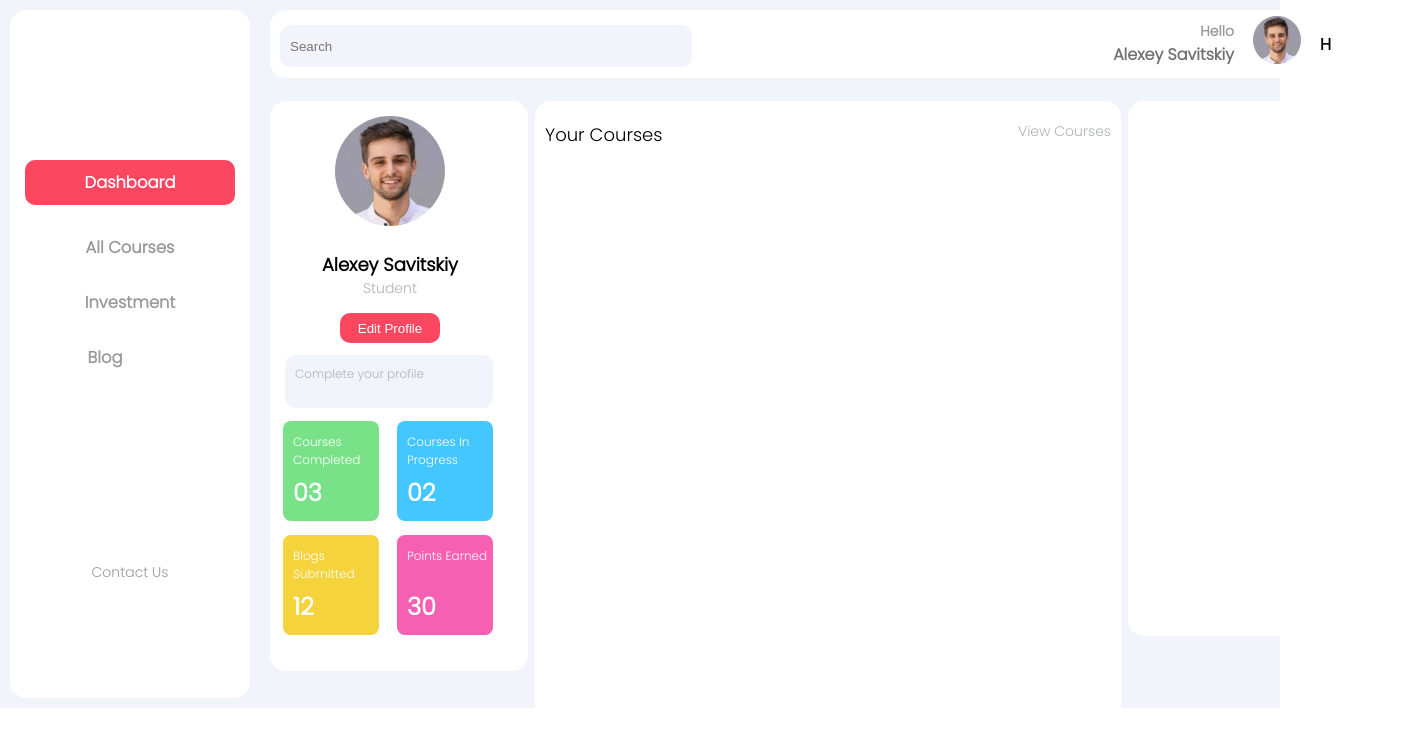
Repository: Anuruddha00/dashboard-design
Page: /
These files come from the project's save history. The page is drawn as it stood at one moment and after the next save; the edit follows.
The browser window is 1280 px wide. The page is 1421 px wide, so the pictures cover 1421 px, including what lies to the right of the window. The pictures show the whole page.
The project was rebuilt for these pictures with package versions that can differ from the ones it lists, and the page was loaded fresh each time.

Above is the page before, as saved 2021-05-07 19:21:16.

### public/index.html
<!DOCTYPE html>
<html lang="en">
  <head>
    <meta charset="utf-8" />
    <link rel="icon" href="%PUBLIC_URL%/favicon.ico" />
    <meta name="viewport" content="width=device-width, initial-scale=1" />
    <meta name="theme-color" content="#000000" />
    <meta
      name="description"
      content="Web site created using create-react-app"
    />
    <link rel="apple-touch-icon" href="%PUBLIC_URL%/logo192.png" />

    <link rel="preconnect" href="https://fonts.gstatic.com">
    <link href="https://fonts.googleapis.com/css2?family=Poppins:wght@300&display=swap" rel="stylesheet">

    <!--
      manifest.json provides metadata used when your web app is installed on a
      user's mobile device or desktop. See https://developers.google.com/web/fundamentals/web-app-manifest/
    -->
    <link rel="manifest" href="%PUBLIC_URL%/manifest.json" />
    <!--
      Notice the use of %PUBLIC_URL% in the tags above.
      It will be replaced with the URL of the `public` folder during the build.
      Only files inside the `public` folder can be referenced from the HTML.

      Unlike "/favicon.ico" or "favicon.ico", "%PUBLIC_URL%/favicon.ico" will
      work correctly both with client-side routing and a non-root public URL.
      Learn how to configure a non-root public URL by running `npm run build`.
    -->
    <title>React App</title>
  </head>
  <body>
    <noscript>You need to enable JavaScript to run this app.</noscript>
    <div id="root"></div>
    <!--
      This HTML file is a template.
      If you open it directly in the browser, you will see an empty page.

      You can add webfonts, meta tags, or analytics to this file.
      The build step will place the bundled scripts into the <body> tag.

      To begin the development, run `npm start` or `yarn start`.
      To create a production bundle, use `npm run build` or `yarn build`.
    -->
  </body>
</html>

### src/index.js
import React from 'react';
import ReactDOM from 'react-dom';
import Dashboard from './containers/Dashboard/Dashboard';
import reportWebVitals from './reportWebVitals';

ReactDOM.render(
  <React.StrictMode>
    <Dashboard />
  </React.StrictMode>,
  document.getElementById('root')
);

// If you want to start measuring performance in your app, pass a function
// to log results (for example: reportWebVitals(console.log))
// or send to an analytics endpoint. Learn more: https://bit.ly/CRA-vitals
reportWebVitals();

### src/containers/Dashboard/Dashboard.js
import React from 'react';
import './Dashboard.scss';

const dashboard = () =>{

    return(
        <div className='container'>
            <div className='dashboard'>
                <div className='dashboardSideBar'>
                   <div className='dashboardSideBarTitle'>
                        <h3 className='dashboardSideBarTitleDashboard'>Dashboard</h3>
                        <h3 className='dashboardSideBarTitleCourses'>All Courses</h3>
                        <h3 className='dashboardSideBarTitleInvestment'>Investment</h3>
                        <h3 className='dashboardSideBarTitleBlog'>Blog</h3>
                   </div>
                   <div className='dashboardSideBarContact'>
                        <p>Contact Us</p>
                   </div>
                </div>
                <div className='dashboardMenu'>
                    <section className='content'>
                        <nav className='contentNavbar'>
                            <div className='contentNavbarSearch'>
                                <form>
                                    <input type='text' placeholder='Search'/>
                                </form>
                            </div>
                            <div className='contentNavbarProfile'>
                                <div className='contentNavbarProfileName'>
                                    <h3>Hello</h3>
                                    <h2>Alexey Savitskiy</h2>
                                </div>
                                <img src='./assets/Image 9.png'/>
                                <h1>H</h1>
                            </div>
                        </nav>

                        <div className='contentBody'>
                            <section className='details'>
                                <div className='detailsAbout'>
                                    <div className='detailsAboutProfile'>
                                        <img src='./assets/Image 12.png'/>
                                        <h3>Alexey Savitskiy</h3>
                                        <p>Student</p>
                                        <button>Edit Profile</button>
                                    </div>
                                    <div className='detailsAboutComplete'>
                                        <p>Complete your profile</p>
                                    </div>
                                    <div className='detailsAboutProgress'>
                                        <div className='detailsAboutProgressCompleted'>
                                            <p>Courses Completed</p>
                                            <h1>03</h1>
                                        </div>
                                        <div className='detailsAboutProgressContinue'>
                                            <p>Courses In Progress</p>
                                            <h1>02</h1>
                                        </div>
                                        <div className='detailsAboutProgressBlogs'>
                                            <p>Blogs Submitted</p>
                                            <h1>12</h1>
                                        </div>
                                        <div className='detailsAboutProgressPoints'>
                                            <p>Points Earned</p>
                                            <h1>30</h1>
                                        </div>
                                    </div>
                                </div>
                            </section>

                            <section className='view'>
                                <section className='courses'>
                                    <nav className='coursesNavbar'>
                                      <li className='coursesNavbarTitle'>Your Courses</li>
                                      <li className='coursesNavbarView'>View Courses</li>
                                    </nav>
                                    <div className='courses'>
                                        <div>
                                            <div>
                                                <img/>
                                            </div>
                                            <div>
                                                <h2></h2>
                                            </div>
                                        </div>
                                        <div>

                                        </div>
                                    </div>
                                </section>
                                <section className='blog'>

                                </section>
                            </section>

                            <section className='notification'>
                                <div className='notificationBar'>

                                </div>
                            </section>
                        </div>
                   </section>
                </div>
            </div>
        </div>
    )

}
export default dashboard;

### src/containers/Dashboard/Dashboard.scss

body{
    margin: 0;
    padding: 0;
    font-size: 0.875rem;
    font-family: 'Poppins', sans-serif;

}

.container{
    background: #f1f5fb;
    height: 100%;
    width: 100%;

    .dashboard{
        display: grid;
        grid-template-columns: 1fr 1fr;

        &SideBar{
            grid-column: 1;
            grid-row: 1 / 6;
            border-radius: 16px;
            background: #ffffff;
            margin: 10px;
            height: 688px;
            width: 240px;

            &Title{
                margin-top: 150px;
                font-size: 14px;

                &Dashboard{
                    background:#fc4760;
                    border-radius: 10px;
                    text-align: center;
                    padding: 10px 10px 10px 10px;
                    margin: 10px 15px 10px 15px;
                    color: #ffffff;

                }
                &Courses{
                    text-align: center;
                    margin-top: 30px;
                    color: #9a9999;
                }
                &Investment{
                    text-align: center;
                    margin-top: 30px;
                    color: #9a9999;
                }
                &Blog{
                    text-align: center;
                    margin-top: 30px;
                    margin-right: 50px;
                    color: #9a9999;
                }
            }
            &Contact{
                margin-top: 80%;

                p{
                    text-align: center;
                    color: #9a9999;
                    font-size: 14px;
                }

            }
        }
        &Menu{
            grid-column: 2;
            grid-row: 1 / 6;
            margin: 10px;

            .content{
                display: grid;
                grid-template-rows:1fr 7fr ;
                gap:10px;

                &Navbar{
                    display: flex;
                    justify-content: space-between;
                    background: #ffffff;
                    border-radius: 16px;
                    height: 68px;
                    width: 1151px;

                    &Search{

                        input{
                            background: #f1f5fb;
                            border-style: none;
                            padding-left: 10px;
                            width: 400px;
                            height: 40px;
                            margin: 15px 0 0 10px;
                            border-radius: 10px;

                        }
                    }
                    &Profile{
                        display: flex;
                        flex-direction: row;
                        gap: 1em;
                        margin-right: 90px;
                        align-items: center;
                        height: 68px;

                        &Name{
                            text-align: end;
                            margin-top: 0;

                            h3{
                                color: #9a9999;
                                margin: 0;
                                font-size: 14px;
                            }
                            h2{
                                margin: 0;
                                font-size: 16px;
                                color: #707070;
                            }
                        }
                    }
                }
                &Body{
                    display: grid;
                    grid-template-columns: 1fr 1fr 1fr;
                    position: relative;

                    .details{
                        border-radius: 16px;
                        background: #ffffff;


                        &About{
                            height:555px;
                            width: 240px;

                            &Profile{
                                text-align: center;
                                margin-top: 15px;


                                h3{
                                    font-size: 18px;
                                    margin: 0;
                                }
                                p{
                                    color: #b0b2b5;
                                    margin-top: 0;
                                }
                                button{
                                    border-style: none;
                                    border-radius: 10px;
                                    width: 100px;
                                    height: 30px;
                                    color: #ffffff;
                                    background: #fc4760;

                                }
                            }
                            &Complete{
                                background: #f1f5fb;
                                border-radius: 10px;
                                color: #b0b2b5;
                                height: 53px;
                                width: 208px;
                                font-size: 12px;
                                margin-left: 15px;

                                p{
                                    padding-left: 10px;
                                    padding-top: 10px;
                                }
                            }
                            &Progress{
                                display: grid;
                                grid-template-columns: 1fr 1fr;
                                margin: 13px;
                                gap: 1em;
                                color: #ffffff;

                                p{
                                    font-size: 12px;
                                    padding-left: 10px;
                                }


                                &Completed{
                                    background: #79e289;
                                    border-radius: 8px;
                                    width: 96px;
                                    height: 100px;
                                    position: relative;

                                    h1{
                                        font-size: 24px;
                                        position: absolute;
                                        left: 10px;
                                        top: 30px;
                                    }

                                }
                                &Continue{
                                    background:  #44c6ff;
                                    border-radius: 8px;
                                    width: 96px;
                                    height: 100px;
                                    position: relative;

                                    h1{
                                        font-size: 24px;
                                        position: absolute;
                                        left: 10px;
                                        top: 30px;
                                    }

                                }
                                &Blogs{
                                    background:  #f4d33d;
                                    border-radius: 8px;
                                    width: 96px;
                                    height: 100px;
                                    position: relative;

                                    h1{
                                        font-size: 24px;
                                        position: absolute;
                                        left: 10px;
                                        top: 30px;
                                    }
                                }
                                &Points{
                                    background: #f560b2;
                                    border-radius: 8px;
                                    width: 96px;
                                    height: 100px;
                                    position: relative;

                                    h1{
                                        font-size: 24px;
                                        position: absolute;
                                        left: 10px;
                                        top: 30px;
                                    }
                                }
                            }
                        }
                    }
                    .view{
                        margin-left: 7px;

                        .courses{
                            width: 586px;
                            height: 372px;
                            border-radius: 16px;
                            background: #ffffff;
                            position: relative;

                            &Navbar{
                                list-style: none;
                                display: flex;
                                justify-content: space-between;

                                &Title{
                                    font-size: 18px;
                                    font-weight: 500px;
                                    padding: 20px 0 0 10px;
                                }
                                &View{
                                    color: #b0b2b5;
                                    font-size: 14px;
                                    padding: 20px 10px;
                                }
                            }

                        }

                        .blog{
                            width: 586px;
                            height: 272px;
                            border-radius: 16px;
                            background: #ffffff;
                            margin-top: 7px;
                            position: absolute;

                        }
                    }
                    .notification{
                        margin-left: 7px;

                        &Bar{
                            background: #ffffff;
                            width: 293px;
                            height: 535px;
                            border-radius: 16px;
                        }
                    }
                }
            }
        }
    }
}

Loaded but not shown: src/reportWebVitals.js (common file)

After the next save:
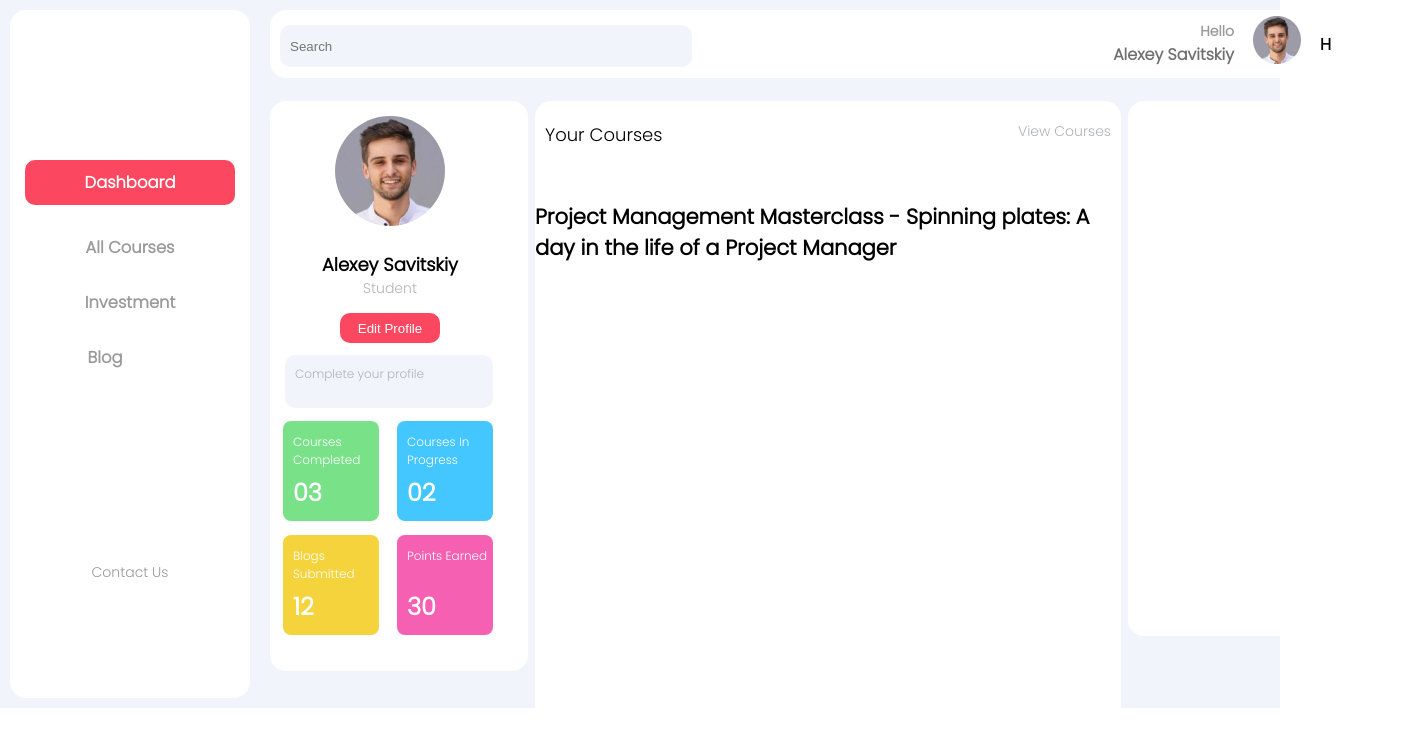
Saved 59 s later.
--- a/src/containers/Dashboard/Dashboard.js
+++ b/src/containers/Dashboard/Dashboard.js
@@ -80,7 +80,8 @@ const dashboard = () =>{
                                                 <img/>
                                             </div>
                                             <div>
-                                                <h2></h2>
+                                                <h2>Project Management Masterclass - Spinning plates: A day in the life of a Project Manager</h2>
+
                                             </div>
                                         </div>
                                         <div>
